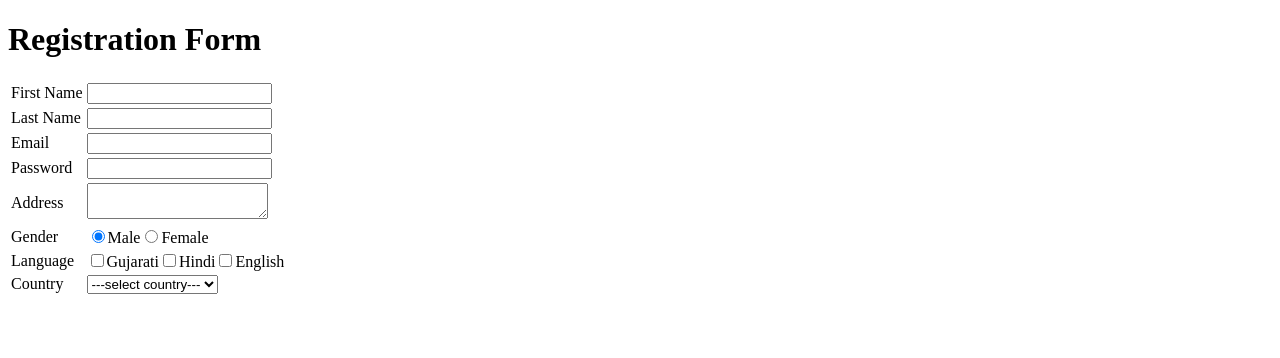
Repository: Laxman877/MyWorkspace
Page: Corejava/Learning_Web/src/main/webapp/division.html
These files come from the project's save history. The page is drawn as it stood at one moment and after the next save; the edit follows.
The browser window is 1280 px wide. The pictures show the whole page.

Above is the page before, as saved 2022-04-27 05:12:46.

### Corejava/Learning_Web/src/main/webapp/division.html
<!DOCTYPE html>
<html>
<head>
<meta charset="ISO-8859-1">
<title>Learn Div</title>
</head>
<body>
<div id="container">
</div>
<h1>Registration Form</h1>
<form action="success.html" method="post">
<table>
<tr>
<td><label>First Name</label></td>
<td><input type="text" name="fname" class="textfield">
</td>
</tr>
<tr>
<td><label>Last Name</label></td>
<td><input type="text" name="lname" class="textfield">
</td>
</tr>
<tr>
<td><label>Email</label></td>
<td><input type="text" name="email" class="textfield">
</td>
</tr>
<tr>
<td><label>Password</label></td>
<td><input type="text" name="pass" class="textfield">
</td>
</tr>
<tr>
<td><label>Address</label></td>
<td><textarea rows="2" cols="20" name="adr" class="textfield"></textarea></td>
</tr>
<tr>
<td><label>Gender</label></td>
<td><input type="radio" name="gender" checked="checked">Male<input type="radio" name="gender">Female</td>
</tr>
<tr>
<td><label>Language</label></td>
<td><input type="checkbox">Gujarati<input type="checkbox">Hindi<input type="checkbox">English</td>
</tr>
<tr>
<td><label>Country</label></td>
<td><select class="textfield"><option>---select country---</option>
<option>India</option>
<option>USA</option>
<option>UK</option>
</select></td>
</tr>
</table>
</form>
</body>
</html>

After the next save:
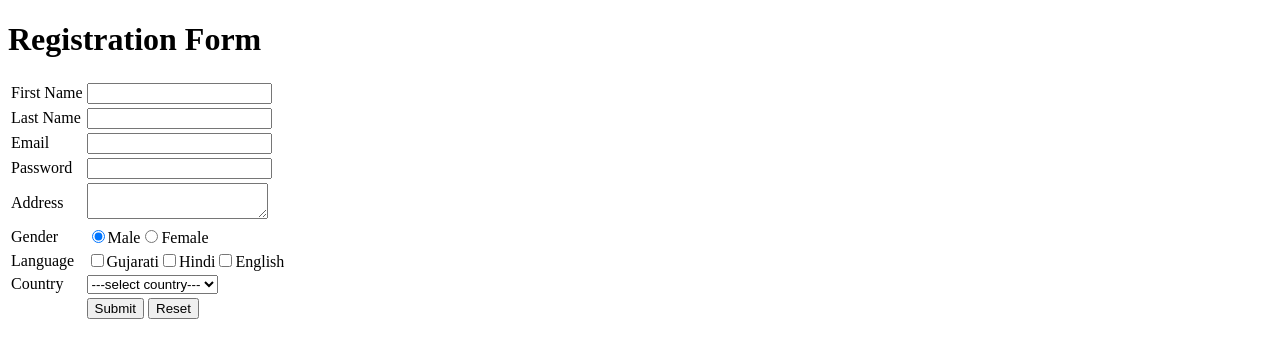
Saved 3 min 6 s later.
--- a/Corejava/Learning_Web/src/main/webapp/division.html
+++ b/Corejava/Learning_Web/src/main/webapp/division.html
@@ -50,6 +50,12 @@
 <option>UK</option>
 </select></td>
 </tr>
+<tr>
+<td></td>
+<td><input type="submit" class="btn btn-smt">
+<input type="reset" class="btn btn-rst"></td>
+</tr>
+
 </table>
 </form>
 </body>
